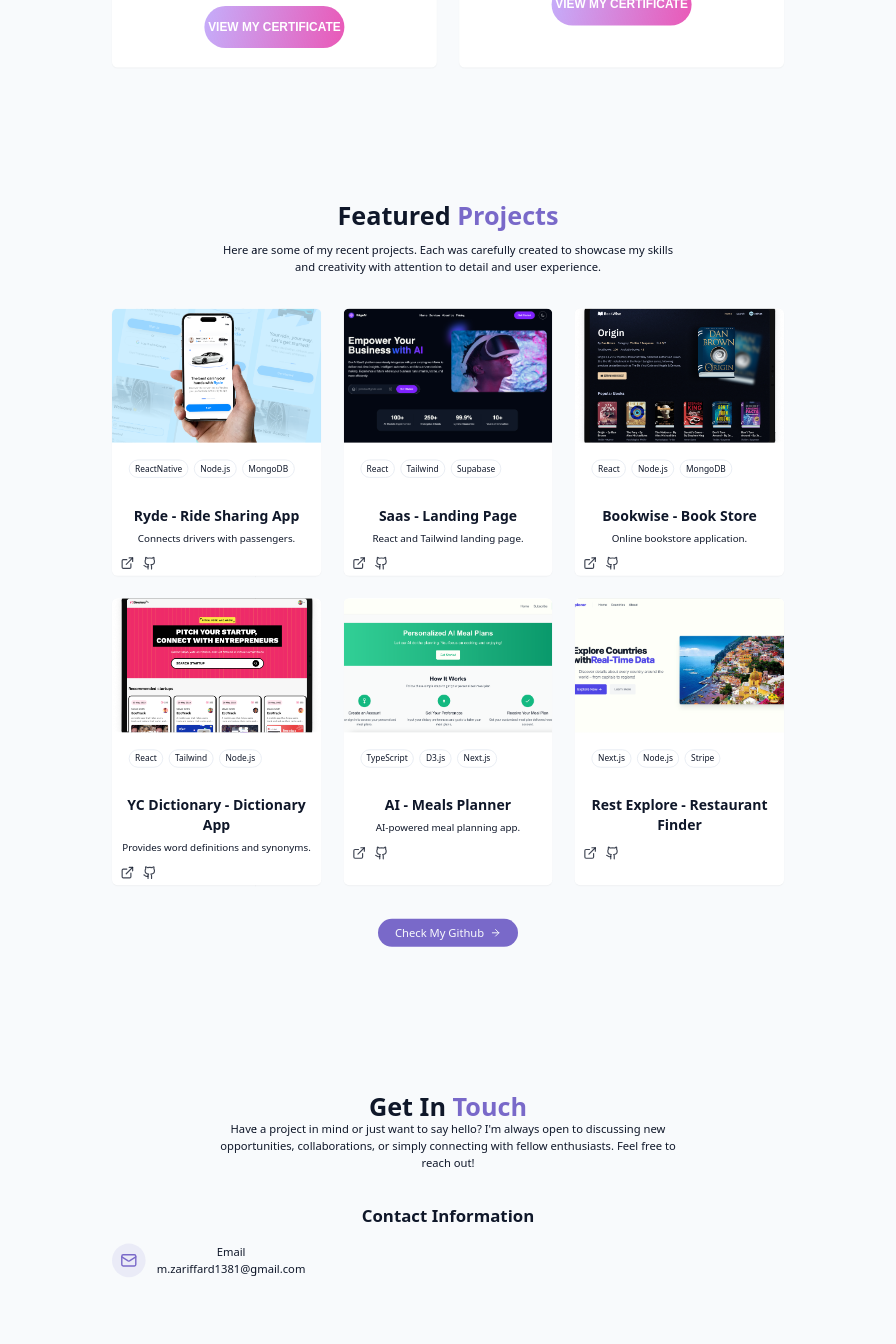
Repository: mOzariffard/Portfolio
Page: /
The author's editor kept a copy of each file at every save. The page is drawn from the files as they stood at one save, then again after the next save.
The browser window is 1280 px wide. The pictures show the part of the page from y = 3792 to 5712 px (the page is 5712 px tall), at 70% of full size.
The project was rebuilt for these pictures with package versions that can differ from the ones it lists, and the page was loaded fresh each time. Also part of the build but not shown: vite.config.js, src/pages/NotFound.jsx.

Above is the page before, as saved 2025-06-30 17:38:19.

### src/App.jsx
import  Home from "./pages/Home"
import { BrowserRouter, Route, Routes } from "react-router-dom"
import NotFound from "./pages/NotFound"


function App() {

  return (
    <>
    <BrowserRouter>
    <Routes>
      <Route index element={<Home />} />
      <Route path="*" element={<NotFound />} />
    </Routes>
    </BrowserRouter>
    </>
  )
}

export default App

### src/pages/Home.jsx
import React from 'react'
import ThemeToggle from '@/components/ThemeToggle'
import StartBackground from '@/components/StartBackground'
import Navbar from '@/components/Navbar'
import HeroSection from '@/components/HeroSection'
import AboutSection from '@/components/AboutSection'
import SkillsSection from '@/components/SkillsSection'
import ProjectSection from '@/components/ProjectSection'
import CertificateSection from '../components/CertificateSection'
import ContactSection from '../components/ContactSection'

const Home = () => {
  return (
    <div className='min-h-screen bg-background text-foreground overflow-x-hidden'>
        {/*----------------Theme Toggle----------------*/}
        <ThemeToggle />
        {/*----------------Background Effects----------------*/}
        <StartBackground/>
        {/*----------------Nav Bar----------------*/}
        <Navbar/>
        {/*----------------Main Content----------------*/}
        <main>
        <HeroSection />
        <AboutSection />
        <SkillsSection />
        <CertificateSection />
        <ProjectSection />
        <ContactSection />
        </main>
        {/*----------------Footer----------------*/}


    </div>
  )
}

export default Home

### src/components/ThemeToggle.jsx
import React, { useEffect, useState } from 'react'
import { Sun, Moon } from 'lucide-react'
import { cn } from '@/lib/utils';
const ThemeToggle = () => {
    const [isDarkMode, setIsDarkMode]= useState(false);

    useEffect(()=>{
        const storedTheme= localStorage.getItem('theme');
        if(storedTheme=== 'dark'){
            setIsDarkMode(true);
            document.documentElement.classList.add('dark');
        }else{
            localStorage.setItem('theme', 'light');
            setIsDarkMode(false);
        }
    },[])
    const toggleTheme=()=>{
        if(isDarkMode){
            document.documentElement.classList.remove('dark');
            localStorage.setItem('theme', 'light');
            setIsDarkMode(false);
        }else{
            document.documentElement.classList.add('dark');
            localStorage.setItem('theme', 'dark');
            setIsDarkMode(true);
        }
    }
  return (
    <button onClick={toggleTheme} className={cn(
        "fixed max-sm:hidden top-5 right-5 z-50 p-2 rounded-full transition-colors duration-300",
        "focus:outline-hidden")}>
        {isDarkMode ? <Sun className='h-6 w-6 text-yellow-300'/> : <Moon className='h-6 w-6 text-blue-900' />}
    </button>
  )
}

export default ThemeToggle

### src/components/StartBackground.jsx
import React, { useEffect, useState } from 'react'

// START has
// ID , SIZE , X , Y , OPACITY , ANIMATION DURATION
// METEOR has
// ID , SIZE , X , Y , DELAY , DURATION

const StartBackground = () => {
    const [stars,setStars]=useState([]);
    const [meteors,setMeteors]=useState([]);

    useEffect(()=>{
        generateStars();
        generateMeteors();

        const handleResize = ()=>{
            generateStars();
        };

        window.addEventListener('resize', handleResize);

        return ()=> window.removeEventListener('resize', handleResize);

    },[])

    const generateStars = () =>{
        const numbersOfStars = Math.floor(window.innerWidth * window.innerHeight /10000);

        const newStars=[];

        for(let i=0; i<numbersOfStars; i++){
            newStars.push({
                id: i,
                size: Math.random()* 3 + 1,
                x: Math.random()*100 ,
                y:  Math.random()*100,
                opacity: Math.random()*0.5 +0.5 ,
                animationDuration: Math.random()*4+2 ,
            });
        }

        setStars(newStars);
    };

    const generateMeteors = () =>{
        const numbersOfMeteors = 4;

        const newMeteors=[];

        for(let i=0; i<numbersOfMeteors; i++){
            newMeteors.push({
                id: i,
                size: Math.random()* 2 + 1,
                x: Math.random()* 100 ,
                y:  Math.random()* 20,
                delay: Math.random()* 15 ,
                animationDuration: Math.random()*3+3 ,
            });
        }

        setMeteors(newMeteors);
    };


  return (
    <div className='fixed inset-0 overflow-hidden pointer-events-none z-0 '>
        {stars.map((star)=>(
            <div
            key={star.id}
                className='star animate-pluse-subtle' style={{
                width:`${star.size}px` ,
                height: `${star.size}px`,
                left: `${star.x}%`,
                top: `${star.y}%`,
                opacity:`${star.opacity}` ,
                animationDuration: `${star.animationDuration}s`
            }} />
        ))}

        {meteors.map((meteor)=>(
            <div
            className='meteor animate-meteor'
            key={meteor.id}
            style={{
                width: `${meteor.size* 50}px`,
                height: `${meteor.size * 2}px`,
                left: `${meteor.x}%`,
                top: `${meteor.y}%`,
                animationDelay: `${meteor.delay}`,
                animationDuration: `${meteor.duration}s`
            }}
            />
        ))}
    </div>
  )
}

export default StartBackground

### src/components/Navbar.jsx
import React, { useState, useEffect } from 'react';
import { cn } from '@/lib/utils';
import { X , Menu } from 'lucide-react';

const navItems = [
    { name: 'Home', href: '#hero' },
    { name: 'About', href: '#about' },
    { name: 'Contact', href: '#contact' },
    { name: 'Certificates', href: '#certificates' },
    { name: 'Skills', href: '#skills' },
    { name: 'Projects', href: '#projects' },
];

const Navbar = () => {
    const [isScrolled, setIsScrolled] = useState(false);
    const [isMenuOpen, setIsMenuOpen] = useState(false);

    useEffect(() => {
        const handleScroll = () => {
            setIsScrolled(window.scrollY > 10);
        };

        window.addEventListener('scroll', handleScroll);

        return () => window.removeEventListener('scroll', handleScroll);
    }, []);

    return (
        <nav
            className={cn(
                'fixed w-full z-40 transition-all duration-300',
                isScrolled ? 'py-3 bg-background/80 backdrop-blur-md shadow-xs' : 'py-6'
            )}
        >
            <div className="container flex items-center justify-between">
                <a href="#hero" className="text-xl font-bold text-primary flex items-center">
                    <span className="relative z-10">
                        <span className="text-glow text-foreground">mOzariffard</span> Portfolio
                    </span>
                </a>

                {/* DESKTOP NAV */}
                <div className="hidden md:flex space-x-6">
                    {navItems.map((item, key) => (
                        <a
                            key={key}
                            href={item.href}
                            className="text-foreground/80 hover:text-primary transition-colors duration-300"
                        >
                            {item.name}
                        </a>
                    ))}
                </div>

                {/* MOBILE NAV */}
                <button onClick={() => setIsMenuOpen((prev)=> !prev)}
                className='md:hidden p-2 text-foreground z-50'
                aria-label={!isMenuOpen ? 'Close Menu': 'Open Menu'}
                >
                {isMenuOpen ? <X size={24} /> : <Menu size={24} />}
                </button>

                <div
                    className={cn(
                        'fixed inset-0 bg-background/90 backdrop-blur-md z-40 flex flex-col items-center justify-center',
                        'transition-all duration-300 md:hidden',
                        isMenuOpen ? 'opacity-100 pointer-events-auto' : 'opacity-0 pointer-events-none'
                    )}
                >
                    <div className="flex flex-col space-y-8 text-xl">
                        {navItems.map((item, key) => (
                            <a
                                key={key}
                                href={item.href}
                                className="text-foreground/80 hover:text-primary transition-colors duration-300"
                                onClick={() => setIsMenuOpen(false)}
                            >
                                {item.name}
                            </a>
                        ))}
                    </div>
                </div>
            </div>
        </nav>
    );
};

export default Navbar;

### src/components/HeroSection.jsx
import { ArrowDown } from 'lucide-react'
import React from 'react'

const HeroSection = () => {
  return (
    <section id='hero' className='relative min-h-screen flex flex-col items-center justify-center px-4'>
        <div className='container max-w-4xl mx-auto text-center z-10'>
            <div className='space-y-6'>
                <h1 className='text-4xl md:text-6xl font-bold tracking-tight'>
                <span className='opacity-0 animate-fade-in' >Hi, I'm</span>
                <span className='text-primary opacity-0 animate-fade-in-delay-1'> Reza</span>
                <span className='text-gradient ml-2 opacity-0 animate-fade-in-delay-2'> Zariffard</span>
                </h1>
                <p className='text-lg md:text-xl text-muted-foreground max-2-2xl mx-auto opacity-0 animate-fade-in-delay-3'>
                    I create steller web experiences with modern technologies.
                    Specializing in front-end development, I build intesfacet
                    that are both beautiful and functional.
                </p>
                <div className='pt-4 opacity-0 animate-fade-in-delay-4'>
                    <a href="#projects" className='cosmic-button'> View My Work</a>
                </div>
            </div>
        </div>

        <div className='absolute bottom-8 left-1/2 transform -translate-x-1/2 flex flex-col items-center animate-bounce'>
        <span className='text-sm text-muted-forgeround mb-2'> Scroll</span>
        <ArrowDown className='h-5 w-5 text-primary'/>
        </div>
    </section>
  )
}

export default HeroSection

### src/components/SkillsSection.jsx
import React, { useState, useEffect } from 'react'
import {cn} from '@/lib/utils';
import CountUp from 'react-countup';

const skills = [
  // Frontend Skills
  {name: 'HTML/CSS', level: 95, category: 'frontend'},
  {name: 'JavaScript', level: 95, category: 'frontend'},
  {name: 'React', level: 80, category: 'frontend'},
  {name: 'TypeScript', level: 78, category: 'frontend'},
  {name: 'Tailwind CSS', level: 90, category: 'frontend'},
  {name: 'Next.js', level: 70, category: 'frontend'},
  {name: 'Redux', level: 60, category: 'frontend'},
  // Backend Skills
  {name: 'Node.js', level: 78, category: 'backend'},
  {name: 'Express', level: 70, category: 'backend'},
  {name: 'MongoDB', level: 67, category: 'backend'},
  {name: 'GraphQL', level: 65, category: 'backend'},
  {name: 'PostgreSQL', level: 60, category: 'backend'},
  // Tools Skills
  {name: 'Git/Github', level: 90, category: 'tools'},
  {name: 'Docker', level: 60, category: 'tools'},
  {name: 'Figma', level: 85, category: 'tools'},
  {name: 'VS Code', level: 95, category: 'tools'},
];

const categories = ['all', 'frontend', 'backend', 'tools'];

// Individual Skill Item Component
const SkillItem = ({ skill, index, isVisible }) => {
  const [animatedWidth, setAnimatedWidth] = useState(0);

  useEffect(() => {
    if (isVisible) {
      // Small delay for staggered animation
      const timer = setTimeout(() => {
        setAnimatedWidth(skill.level);
      }, index * 100);

      return () => clearTimeout(timer);
    } else {
      setAnimatedWidth(0);
    }
  }, [isVisible, skill.level, index]);

  return (
    <div className='bg-card p-6 rounded-lg shadow-xs card-hover'>
      <div className='text-left mb-4'>
        <h3 className='font-semibold text-lg'>{skill.name}</h3>
      </div>

      {/* SKILLS PROGRESS BAR */}
      <div className='w-full bg-secondary/50 h-2 rounded-full overflow-hidden'>
        <div
          className='bg-primary h-2 rounded-full origin-left transition-all duration-2000 ease-out'
          style={{
            width: `${animatedWidth}%`,
            transitionDelay: `${index * 100}ms`
          }}
        />
      </div>

      <div className='text-right mt-1'>
        <span className='text-sm font-semibold text-muted-foreground'>
          {isVisible ? (
            <CountUp
              end={skill.level}
              duration={2.5}
              delay={index * 0.1}
            />
          ) : 0}%
        </span>
      </div>
    </div>
  );
};

const SkillsSection = () => {
  const [activeCategory, setActiveCategory] = useState('all');
  const [isVisible, setIsVisible] = useState(false);

  const filteredSkills = skills.filter((skill) =>
    activeCategory === 'all' || skill.category === activeCategory
  );

  useEffect(() => {
    // Trigger animation when component mounts or category changes
    setIsVisible(false);
    const timer = setTimeout(() => {
      setIsVisible(true);
    }, 100);

    return () => clearTimeout(timer);
  }, [activeCategory]);

  return (
    <section id='skills' className='py-24 px-4 relative bg-secondary/30'>
      {/* CONTAINER OF SKILLS */}
      <div className='container mx-auto max-w-5xl'>
        <h2 className='text-3xl md:text-4xl font-bold mb-12 text-center'>
          My <span className='text-primary'> Skills </span>
        </h2>

        {/* CATEGORIES OF SKILLS */}
        <div className='flex flex-wrap justify-center gap-4 mb-12'>
          {categories.map((category, index) => (
            <button
              key={index}
              onClick={() => setActiveCategory(category)}
              className={cn(
                'px-5 py-2 rounded-full transition-colors duration-300 capitalize',
                activeCategory === category
                  ? 'bg-primary text-primary-foreground'
                  : 'bg-secondary/70 text-foreground hover:bg-secondary'
              )}
            >
              {category}
            </button>
          ))}
        </div>

        {/* ITEMS OF SKILLS */}
        <div className='grid grid-cols-1 sm:grid-cols-2 lg:grid-cols-3 gap-6'>
          {filteredSkills.map((skill, index) => (
            <SkillItem
              key={`${skill.name}-${activeCategory}`}
              skill={skill}
              index={index}
              isVisible={isVisible}
            />
          ))}
        </div>
      </div>
    </section>
  )
}

export default SkillsSection

### src/components/CertificateSection.jsx
import React from 'react'

const certificates=[
  {
    id: 1,
    title: 'JavaScript: The Hard Parts, v2',
    description: 'Certified in full and more detail of JavaScript.',
    url: 'https://static.frontendmasters.com/ud/c/e0f3185036/fjjCYVxYTO/javascript-hard-parts-v2.pdf',
    issuedBy: 'Frontend Masters',
    dateIssued: '2023 Jan 30'
  },

  {

    id: 2,
    title: 'Deep JavaScript Foundations, v3',
    description: 'Certified in full and more detail of JavaScript, and functions of JavaScript .',
    url: 'https://static.frontendmasters.com/ud/c/e0f3185036/OnFYbrRoyf/deep-javascript-v3.pdf',
    issuedBy: 'Frontend Masters',
    dateIssued: 'Feb 10, 2025'
  },

  {
    id: 3,
    title: 'Everything You Will Need to Know About Git and GitHub',
    description: 'Certified in full about Git and Github.',
    url: 'https://static.frontendmasters.com/ud/c/e0f3185036/tNgMJoASup/everything-git.pdf',
    issuedBy: 'Frontend Masters',
    dateIssued: 'Feb 25, 2025'
  },

  {
    id: 4,
    title: 'Complete Intro to React, v9',
    description: 'Certified in full about React.',
    url: 'https://static.frontendmasters.com/ud/c/e0f3185036/hixpadIGiV/complete-react-v9.pdf',
    issuedBy: 'Frontend Masters',
    dateIssued: 'Feb 22, 2025'
  },

  {
    id: 5,
    title: 'Vanilla JS: You Might Not Need a Framework',
    description: 'Certified in full about Vanilla.js.',
    url: 'https://static.frontendmasters.com/ud/c/e0f3185036/wQwRoiyplO/vanilla-js-apps.pdf',
    issuedBy: 'Frontend Masters',
    dateIssued: ' Mar 1, 2025'
  },

  {
    id: 6,
    title: 'Ultimate CSS Grid & Layout Techniques, v3',
    description: 'Certified in full about CSS Grid and Layout Techniques.',
    url: 'https://static.frontendmasters.com/ud/c/e0f3185036/rZsEMefivz/css-grid.pdf',
    issuedBy: 'Frontend Masters',
    dateIssued: 'Mar 5, 2025'
  },

  {
    id: 7,
    title: 'Full Stack for Front-End Engineers, v3',
    description: 'Certified in full of the all part of Front-End Engineers .',
    url: 'https://static.frontendmasters.com/ud/c/e0f3185036/pApqiQbIWA/fullstack-v3.pdf',
    issuedBy: 'Frontend Masters',
    dateIssued: 'Mar 17, 2025'
  },

  {
    id: 8,
    title: 'Advanced Web Development Quiz',
    description: 'Certified in full about Advanced Web Development.',
    url: 'https://static.frontendmasters.com/ud/c/e0f3185036/jAQKBnHoVn/web-dev-quiz.pdf',
    issuedBy: 'Frontend Masters',
    dateIssued: 'Feb 25, 2025'
  }
]



const CertificateSection = () => {
  return (
   <section id='certificates' className='py-24 px-4 sm:px-6 lg:px-8 bg-secondary/30'>
    <div className='container mx-auto max-w-5xl'>
      <h2 className='text-3xl md:text-4xl font-bold mb-12 text-center'>
        My <span className='text-primary'> Certificates </span>
      </h2>
      {/* BOX OF CERTIFICATE */}

      <div className='grid sm:grid-cols-1 md:grid-cols-2 ls: grid-cols-3 gap-8'>
          {certificates.map((certificate , index)=>(
            <div className='group bg-card rounded-lg overflow-hidden shadow-xs card-hover'>
            <div className='h-50 overflow-hidden'>
              <h1 className='text-2xl font-bold text-center mb-4 p-4 bg-secondary/50 text-secondary-foreground'>
                {certificate.title}
              </h1>

              <div className='flex flex-col items-center justify-center ga-3'>
                <a href={certificate.url} target='_blank' className=' certificate-btn font-semibold'>
                  View My Certificate
                </a>
              </div>

             </div>
            </div>

          ))}
      </div>

    </div>
   </section>
  )
}

export default CertificateSection

### src/components/ContactSection.jsx
import { Mail } from 'lucide-react'
import React from 'react'

const ContactSection = () => {
  return (
    <section id='contact' className='py-24 px-4 relative bg-scondary/30'>
        {/* CONTACT HEADER */}
        <div className='container mx-auto max-w-5xl '>
         <h2 className='text-3xl md:text-4xl font-bold mt-4 text-center'>
            Get In <span className='text-primary'> Touch</span>
         </h2>

         <p className='text-center text-muted-foreground mb-12 max-w-2xl mx-auto'>
            Have a project in mind or just want to say hello?
            I'm always open to discussing new opportunities,
            collaborations, or simply connecting with fellow
            enthusiasts. Feel free to reach out!
         </p>

         {/*  CONTACT ITEMS */}
         <div className='gird grid-cols-1 md:grid-cols-2 gap-12'>

            <div className='space-y-8'>
                <h3 className='text-2xl font-semibold mb-6 '> Contact Information </h3>

                <div className='space-y-6 justify-center'>

                    <div className='flex items-start space-x-4'>

                        <div className='p-3 rounded-full bg-primary/10'>
                        <Mail className='w-6 h-6 text-primary' />
                        </div>
                        <div>
                            <h4 className='font-medium'> Email </h4>
                            <a href="mailto:m.zariffard1381@gmail.com" className='text-muted-foreground hover:text-primary transition-colors'>
                            m.zariffard1381@gmail.com
                            </a>
                        </div>

                    </div>


                </div>
            </div>
         </div>
        </div>

    </section>
  )
}

export default ContactSection

Loaded but not shown: index.html (common file); src/main.jsx (common file); src/lib/utils.js (8 lines, source omitted); src/components/ProjectSection.jsx (166 lines, source omitted); src/components/AboutSection.jsx (128 lines, source omitted); src/index.css (219 lines, source omitted)

After the next save:
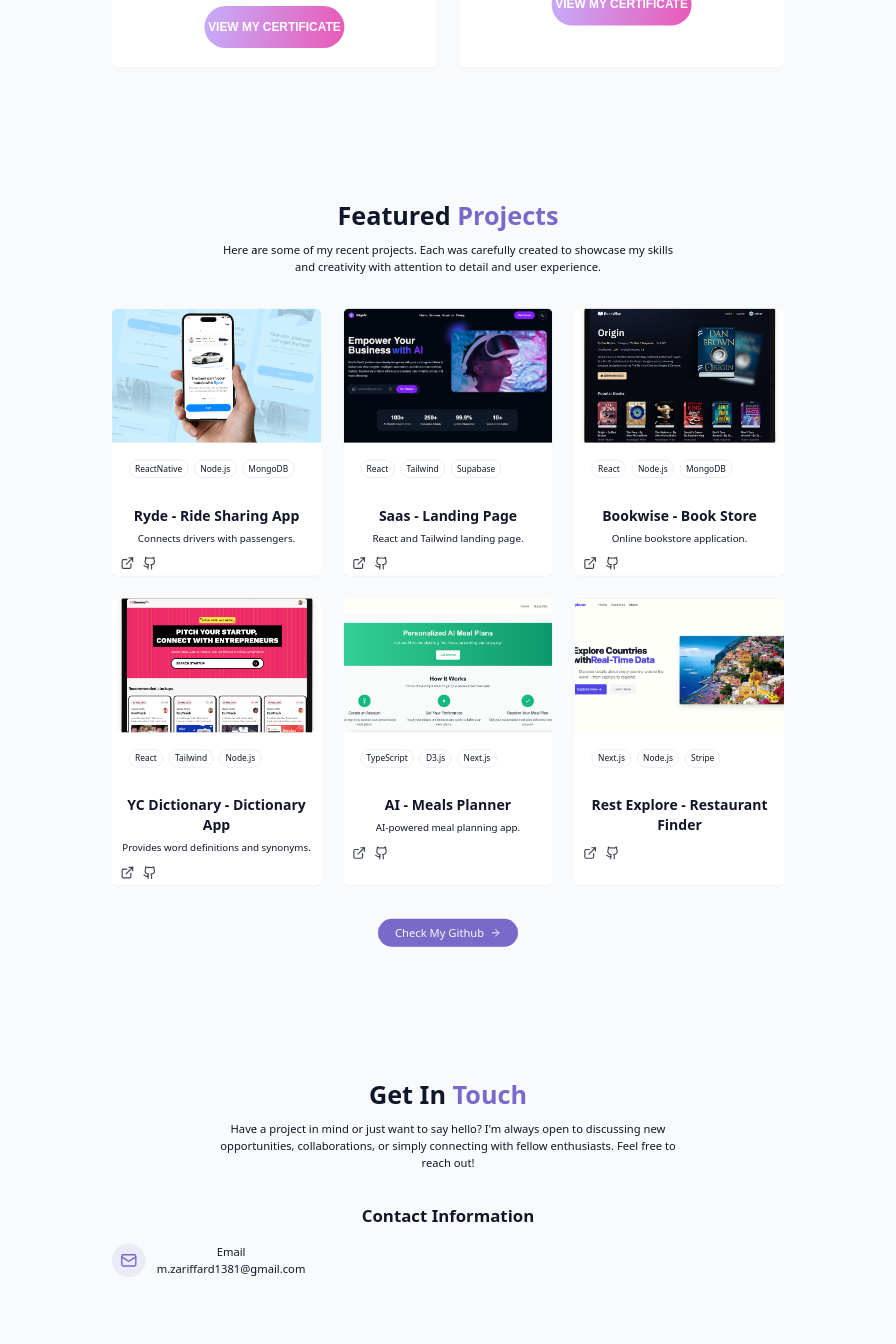
Saved 29 s later.
--- a/src/components/ContactSection.jsx
+++ b/src/components/ContactSection.jsx
@@ -6,7 +6,7 @@ const ContactSection = () => {
     <section id='contact' className='py-24 px-4 relative bg-scondary/30'>
         {/* CONTACT HEADER */}
         <div className='container mx-auto max-w-5xl '>
-         <h2 className='text-3xl md:text-4xl font-bold mt-4 text-center'>
+         <h2 className='text-3xl md:text-4xl font-bold mb-4 text-center'>
             Get In <span className='text-primary'> Touch</span>
          </h2>
 
